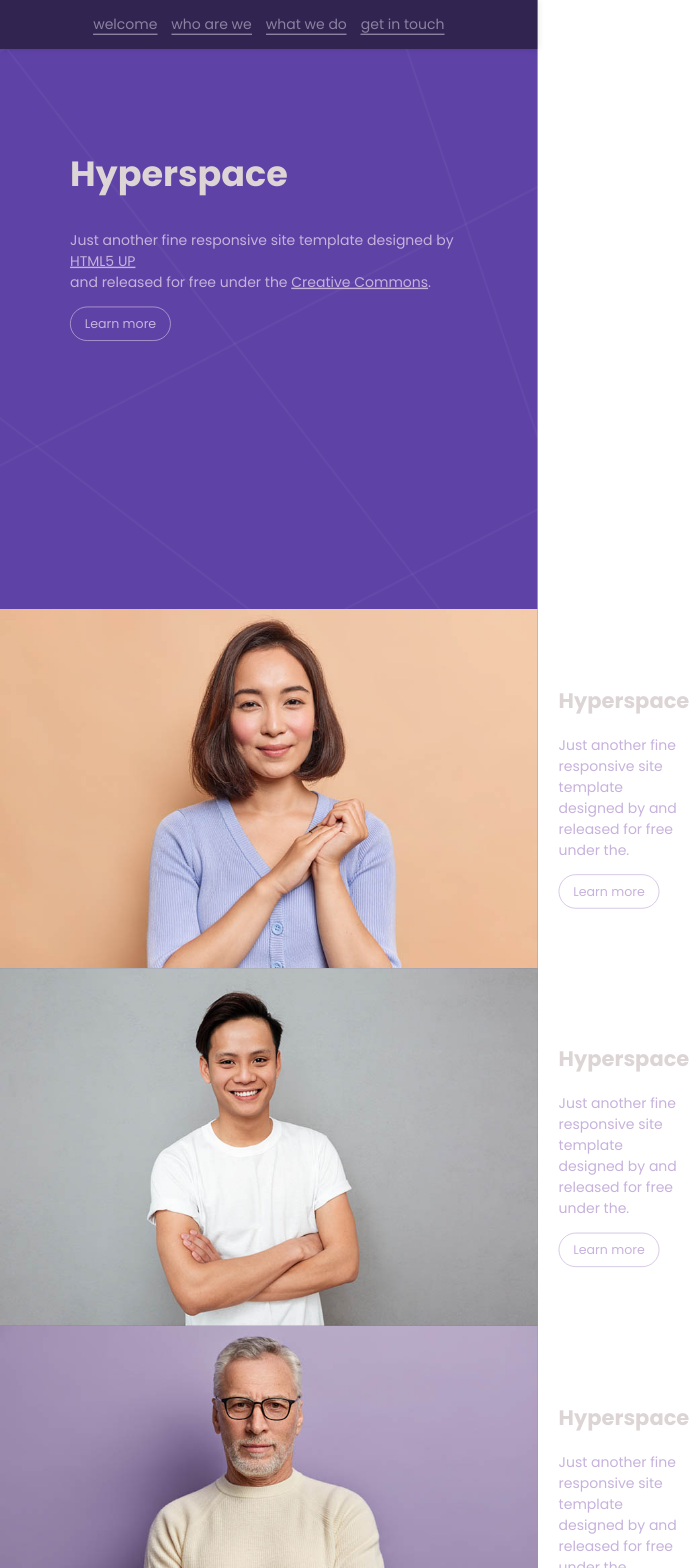
Repository: zai31/KIMIT_Tasks
Page: JsSession8/index.html
The author's editor kept a copy of each file at every save. The page is drawn from the files as they stood at one save, then again after the next save.
The browser window is 768 px wide. The page is 985 px wide, so the pictures cover 985 px, including what lies to the right of the window. The pictures show the part of the page from y = 0 to 2240 px (the page is 4387 px tall before and 4317 px after), at 70% of full size.
Backgrounds fixed to the window are drawn as part of the page.

Above is the page before, as saved 2025-09-16 17:50:49.

After the next save:
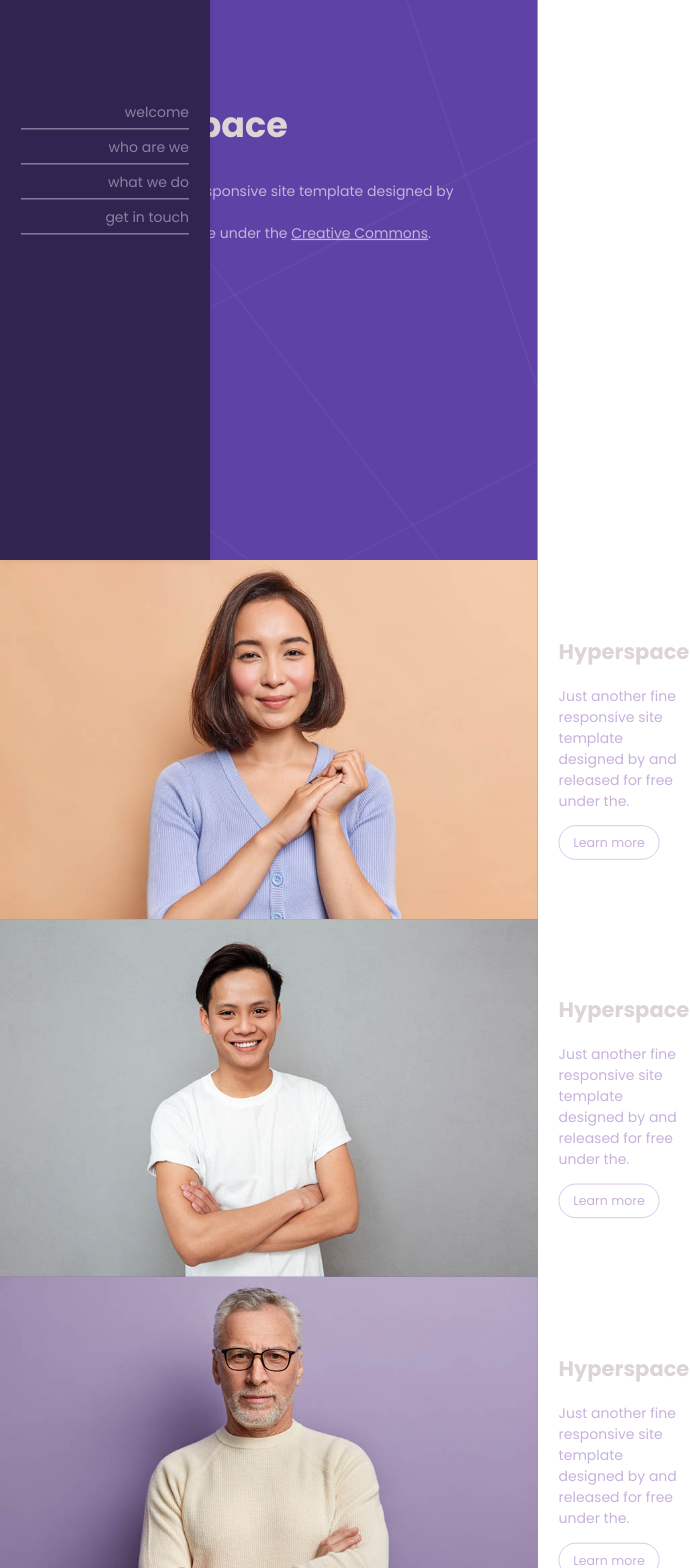
Saved 59 s later.
--- a/JsSession8/CSS/style.css
+++ b/JsSession8/CSS/style.css
@@ -102,42 +102,6 @@ body {
 }
 
 /*****respponsive *****/
-@media screen and (max-width: 768px) {
-  .flex-section {
-    flex-direction: column; /* stack menu on top */
-  }
-
-  .flex-section .menu {
-    position: relative;   /* no longer fixed on side */
-    width: 100%;
-    height: auto;
-    min-height: auto;
-    padding: 20px;
-    display: flex;
-    justify-content: center;
-    align-items: center;
-  }
-
-  .flex-section .menu ul {
-    display: flex;
-    flex-direction: row;
-    justify-content: center;
-    gap: 20px;
-    text-align: center;
-    width: 100%;
-  }
-
-  .flex-section .menu ul li {
-    margin: 0;
-    padding: 0;
-  }
-
-  .flex-section .section {
-    padding-left: 0; /* remove left offset since sidebar is gone */
-  }
-
-
-}
 
 
 /**************content*************/
